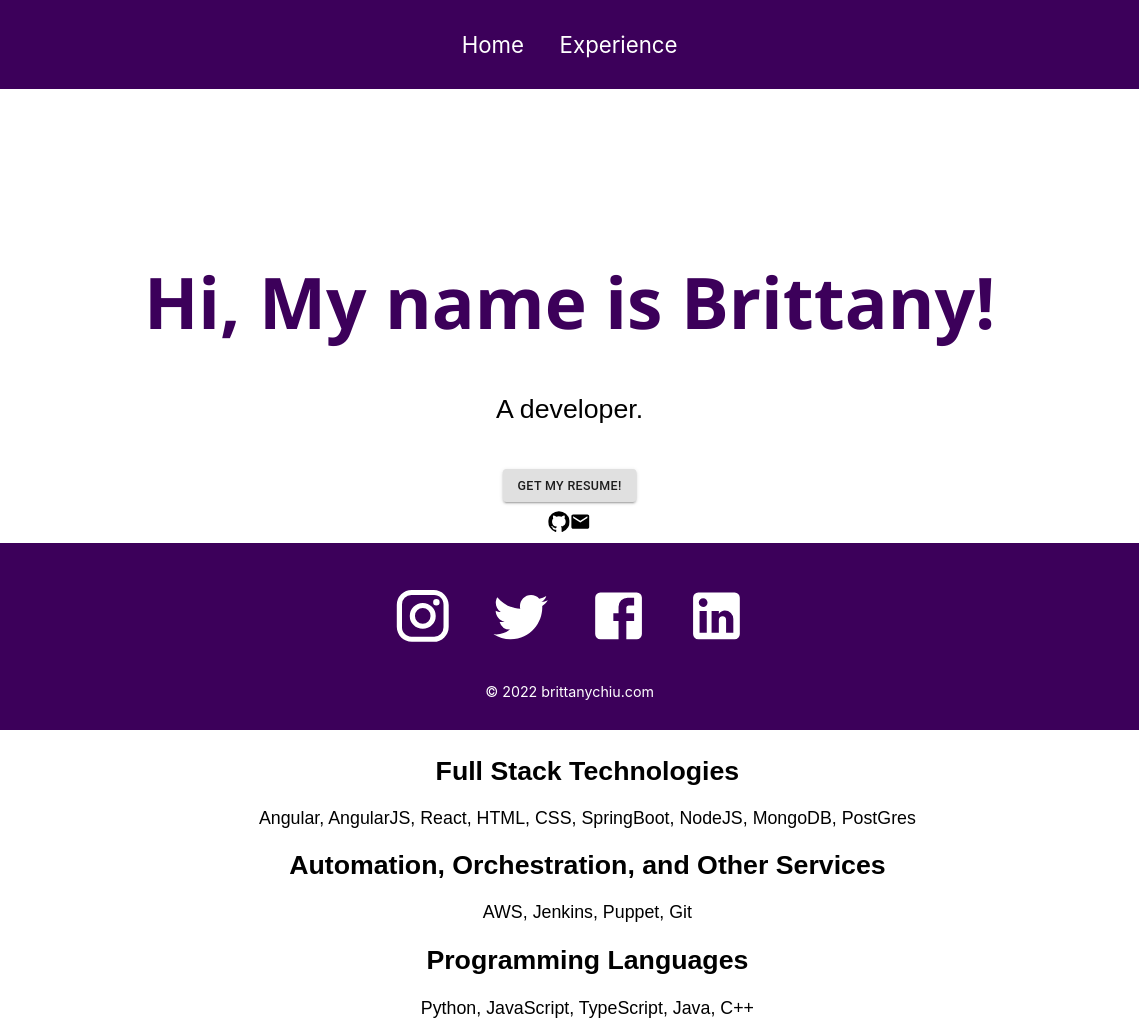
Repository: chiubacca94/chiufolio
Page: /
The author's editor kept a copy of each file at every save. The page is drawn from the files as they stood at one save, then again after the next save.
The browser window is 1280 px wide. The pictures show the whole page, at 89% of full size.
The project was rebuilt for these pictures with package versions that can differ from the ones it lists, and the page was loaded fresh each time. Also part of the build but not shown: src/components/Projects/Projects.js, src/components/Experiences/Experiences.css, src/components/Experiences/Experiences.js.

Above is the page before, as saved 2022-07-04 21:15:03.

### src/App.js
import './App.css';
import { BrowserRouter as Router, Routes, Route } from 'react-router-dom';
import Navbar from './components/NavBar/Navbar';
import Home from './components/Home/Home';
import Projects from './components/Projects/Projects';
import Experiences from './components/Experiences/Experiences';
import Footer from './components/Footer/Footer';

function App() {
  return (
    <div className="App">
      <Router>
        <Navbar />
        <Routes>
          <Route path="/" element={ <Home /> }></Route>
          <Route path="/projects" element={ <Projects /> }></Route>
          <Route path="/experiences" element={ <Experiences /> }></Route>
        </Routes>
        <Footer />
      </Router>
    </div>
  );
}

export default App;

### src/App.css
.App {
  text-align: center;
}

body {
  margin: 0px;
  padding: 0px;
}

### src/components/NavBar/Navbar.js
import React, {useEffect, useState} from "react";
import { Link, useLocation } from "react-router-dom";
import ReorderIcon from '@material-ui/icons/Reorder';
import "./Navbar.css"

function Navbar() {
    // NavBr States
    const [ expandNavbar, setExpandNavbar ] = useState(false)
    const location = useLocation();

    // use when location changes and set navbar to false
    useEffect(() => {
        setExpandNavbar(false);
    }, [location])

    return (
        // id will change based on state
        <div className="navbar" id={expandNavbar ? "open" : "close"}>
            <div className="toggleButton">
                <button onClick={() => { setExpandNavbar((prev) => !prev) }}>
                    <ReorderIcon></ReorderIcon>
                </button>
            </div>
            <div className="links">
                <Link to="/"> Home </Link>
                {/* <Link to="/projects"> Projects </Link>  */}
                <Link to="/experiences"> Experience </Link>
            </div>
        </div>
    )
}

export default Navbar;

### src/components/Home/Home.js
import React from 'react'
import GitHubIcon from '@material-ui/icons/GitHub'
import EmailIcon from '@material-ui/icons/Email'
import Button from '@material-ui/core/Button'
import './Home.css'

export default function Home() {
  return (
    <div className='home'>
        <section className='about'>
            <h2>Hi, My name is Brittany!</h2>
            <div className='prompt'><p> A developer.</p></div>
            <Button variant='contained'>Get my Resume!</Button>
            <div className='icons'>
                <GitHubIcon />
                <EmailIcon />
            </div>
        </section>
        <section className='skills'>
            <h1>Skills</h1>
            <ol className='list'>
                <li className='item'>
                    <h2>Full Stack Technologies</h2>
                    <span>Angular, AngularJS, React, HTML, CSS, SpringBoot, NodeJS, MongoDB, PostGres</span>
                </li>
                <li className='item'>
                    <h2>Automation, Orchestration, and Other Services</h2>
                    <span>AWS, Jenkins, Puppet, Git</span>
                </li>
                <li className='item'>
                    <h2>Programming Languages</h2>
                    <span>Python, JavaScript, TypeScript, Java, C++</span>
                </li>
            </ol>
        </section>
    </div>
  )
}

### src/components/Footer/Footer.js
import React from 'react';
import InstagramIcon  from '@material-ui/icons/Instagram';
import TwitterIcon from '@material-ui/icons/Twitter';
import FacebookIcon from '@material-ui/icons/Facebook';
import LinkedInIcon from '@material-ui/icons/LinkedIn';
import './Footer.css'

export default function Footer() {
  return (
    <div className='footer'>
        <div className='socialMedia'>
            <InstagramIcon />
            <TwitterIcon />
            <FacebookIcon />
            <LinkedInIcon />
        </div>
        <p>&copy; 2022 brittanychiu.com</p>
    </div>
  )
}

### src/components/NavBar/Navbar.css
.navbar {
    width: 100%;
    height: 100px;
    background: #3c005a;
  }

  .links {
    width: 100%;
    height: 100%;
    display: flex;
    align-items: center;
    justify-content: center;
    color: white;
  }

  .navbar a {
    color: white;
    text-decoration: none;
    margin: 20px;
    font-size: 25px;
  }

  .toggleButton {
    width: 100%;
    height: 100px;
    display: flex;
    align-items: center;
    justify-content: flex-end;
  }

  .toggleButton svg {
    font-size: 50px;
  }
  .toggleButton button {
    margin-right: 20px;
    background-color: transparent;
    border: none;
    color: white;
    cursor: pointer;
  }

  #open {
    height: 100vh;
  }

  #open .links {
    flex-direction: column;
    justify-content: flex-start;
    margin-top: 100px;
  }

  #open a {
    width: 100%;
    text-align: center;
  }

  @media only screen and (max-width: 900px) {
    .navbar a {
      width: 70px;
    }
  }

  @media only screen and (max-width: 600px) {
    .toggleButton {
      display: flex;
    }
    #close a {
      display: none;
    }
  }

  @media only screen and (min-width: 600px) {
    .toggleButton {
      display: none;
    }

    .hiddenLinks {
      display: none;
    }

    #open {
      height: 100px;
    }

    #open .links {
      flex-direction: row;
    }
  }

### src/components/Home/Home.css
.home {
    width: 100%;
    align-items: center;
    font-family: "Arial", sans-serif;
    /* color: #3e497a; */
    color: white;
  }

  .about {
    width: 100%;
    height: calc(100vh - 100px);
    display: flex;
    flex-direction: column;
    justify-content: center;
    align-items: center;
    text-align: center;
    /* background-color: #21325e; */
    color: black;
  }

  .about h2 {
    font-family: "Segoe UI", Tahoma, Geneva, Verdana, sans-serif;
    font-size: 80px;
    color: #3c005a;
    min-height: 50px;
    margin-bottom: 10px;
  }

  .about .prompt {
    padding-top: 10px;
    width: 40%;
    font-size: 30px;
    margin-bottom: 20px;
  }
  .prompt svg {
    font-size: 60px;
    margin: 5px;
    color: white;
  }

  .icons{
    padding-top: 10px;
  }

  .skills {
    font-size: 20px;
    width: 100%;
    display: flex;
    justify-content: center;
    flex-direction: column;
    align-items: center;
    scroll-snap-type: y mandatory;
  }

  .skills section {
    scroll-snap-align: start;
}

  .skills h1 {
    color: #3e497a;
  }

  .skills .list {
    list-style: none;
    width: 60%;
    color: black;
  }

  .list span {
    font-size: 20px;
  }

  @media only screen and (max-width: 905px) {
    .about h2 {
      font-size: 60px;
    }

    .about .prompt {
      margin-top: 10px;
      font-size: 20px;
      width: 80%;
    }

    .skills {
      text-align: center;
    }
    .list {
      padding: 0;
    }

    .skills h2 {
      font-size: 30px;
    }
  }

  @media only screen and (max-width: 600px) {
    .about h2 {
      font-size: 40px;
    }

    .about .prompt {
      margin-top: 10px;
      font-size: 20px;
      width: 80%;
    }

    .skills {
      text-align: center;
    }
    .list {
      padding: 0;
    }

    .skills h2 {
      font-size: 30px;
    }
  }

### src/components/Footer/Footer.css
.footer {
    width: 100%;
    height: 200px;
    background: #3c005a;
    display: flex;
    justify-content: center;
    align-items: center;
    flex-direction: column;
    padding-top: 10px;
    margin-top: 200px;
    position: fixed;
    bottom: -100px;
  }

  .socialMedia svg {
    color: white;
    margin: 20px;
    font-size: 70px;
    cursor: pointer;
  }

  .footer p {
    color: white;
  }

  @media only screen and (max-width: 600px) {
    .footer svg {
      font-size: 50px;
    }
  }

Loaded but not shown: public/index.html (common file); src/index.js (common file); src/index.css (common file); src/reportWebVitals.js (common file)

After the next save:
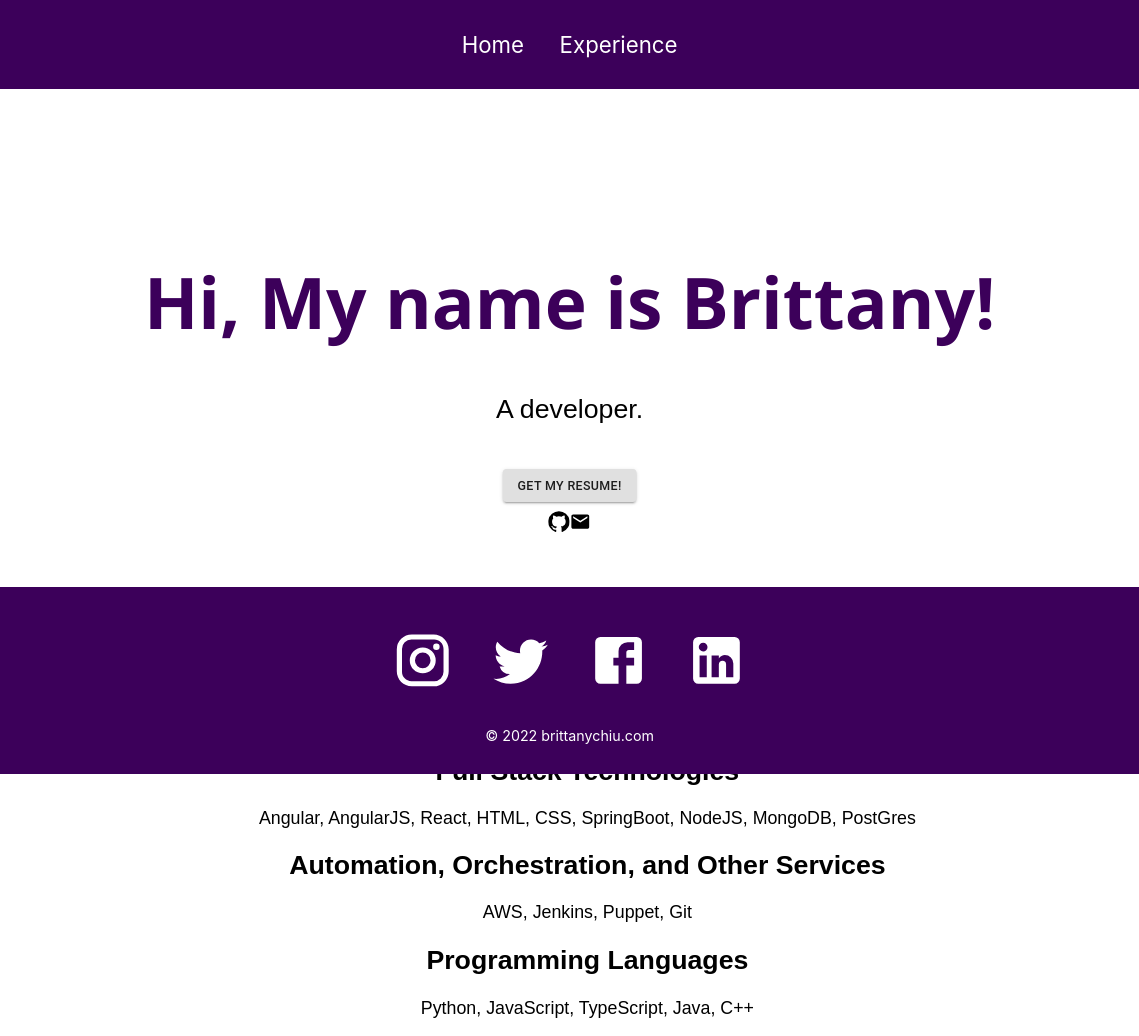
Saved 13 s later.
--- a/src/components/Footer/Footer.css
+++ b/src/components/Footer/Footer.css
@@ -9,7 +9,7 @@
     padding-top: 10px;
     margin-top: 200px;
     position: fixed;
-    bottom: -100px;
+    bottom: -150px;
   }
 
   .socialMedia svg {

After the save that followed:
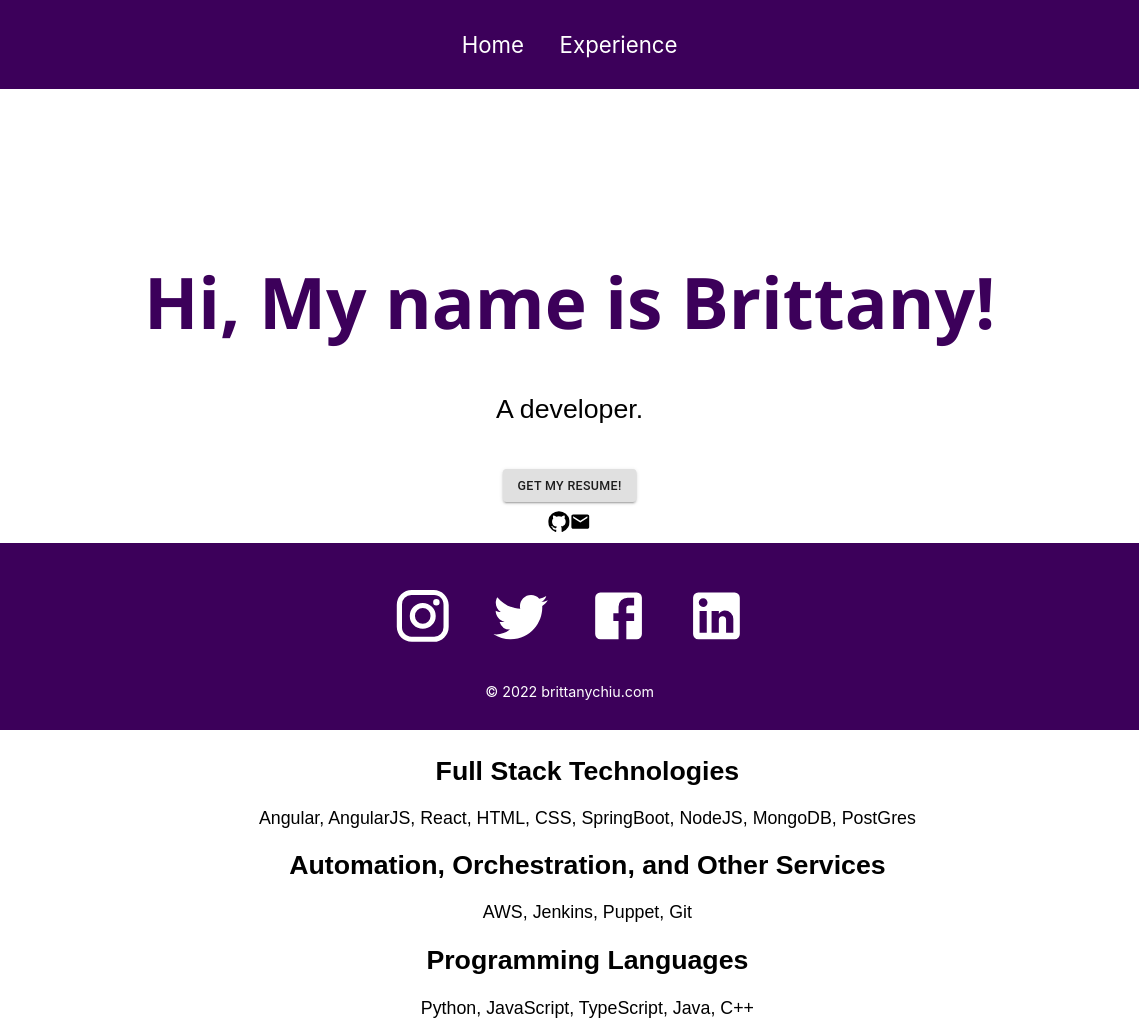
Saved 19 s later.
--- a/src/components/Footer/Footer.css
+++ b/src/components/Footer/Footer.css
@@ -9,7 +9,7 @@
     padding-top: 10px;
     margin-top: 200px;
     position: fixed;
-    bottom: -150px;
+    bottom: -100px;
   }
 
   .socialMedia svg {
